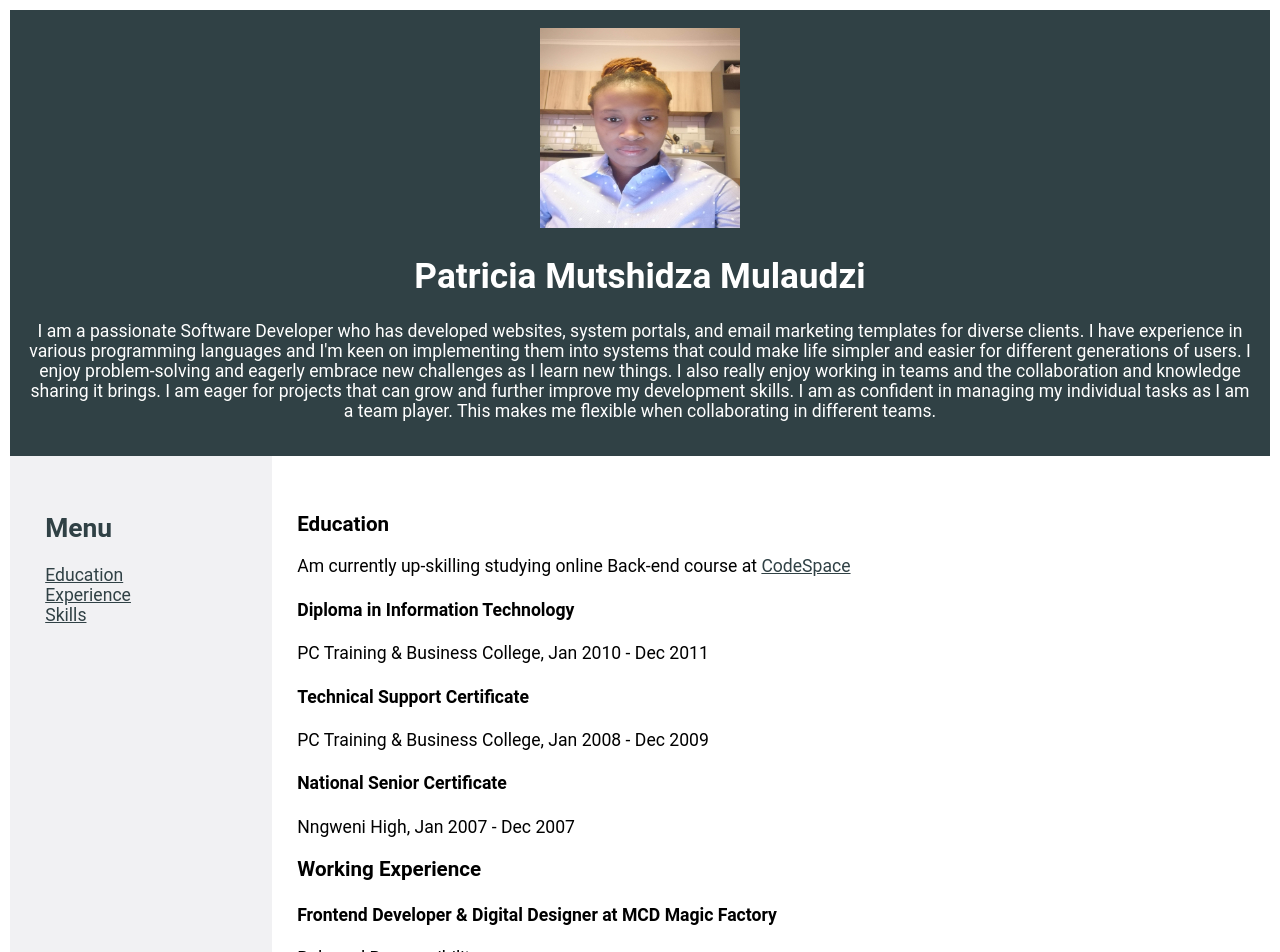
Repository: Patricious/Digital-Resume-01
Page: index.html
The author's editor kept a copy of each file at every save. The page is drawn from the files as they stood at one save, then again after a run of saves.
The browser window is 1280 px wide. The pictures show the part of the page from y = 0 to 952 px (the page is 2579 px tall before and 2205 px after).
A picture or video elsewhere on the page could not be fetched, so the positions and the page height are approximate.

Above is the page before, as saved 2021-08-23 10:49:14.

### index.html
<!DOCTYPE html>
<html>

<head>
    <title>Patricia Digital Resume</title>
    <link rel="stylesheet" type="text/css" href="css/stylesheet.css">
</head>

<body>

    <header>
        <img src="img/IMG_20200502_085519.jpg" alt="profile" width="200" height="200" />
        <h1>Patricia Mutshidza Mulaudzi</h1>
        <p>I am a passionate Software Developer who has developed websites, system portals, and email marketing templates for diverse clients. I have experience in various programming languages and I'm keen on implementing them into systems that could make
            life simpler and easier for different generations of users. I enjoy problem-solving and eagerly embrace new challenges as I learn new things. I also really enjoy working in teams and the collaboration and knowledge sharing it brings. I am
            eager for projects that can grow and further improve my development skills. I am as confident in managing my individual tasks as I am a team player. This makes me flexible when collaborating in different teams.</p>
    </header>
    <aside>
        <h2>Menu</h2>
        <ul class="nav">
            <li>
                <a href="#education">Education</a>
            </li>
            <li>
                <a href="#experience">Experience</a>
            </li>
            <li>
                <a href="#skills">Skills</a>
            </li>

        </ul>
    </aside>
    <section>
        <article>
            <h3 id="#education"> <span>Education</span>
            </h3>
            <p> Am currently up-skilling studying online Back-end course at
                <a href="https://www.codespace.co.za/courses/?matchtype=b&device=c&keyword=codespace&adgroupid=81088003381&utm_campaign=8148639553&utm_source=google&utm_medium=cpc&gclid=EAIaIQobChMIkP_7q8bG8gIV1uvtCh0w7A1-EAAYASAAEgL34vD_BwE"> CodeSpace</a>
            </p>

            <h4>Diploma in Information Technology </h4>

            <p>PC Training & Business College, Jan 2010 - Dec 2011</p>
            <h4>Technical Support Certificate </h4>


            <p>PC Training & Business College, Jan 2008 - Dec 2009</p>

            <h4>National Senior Certificate</h4>


            <p>Nngweni High, Jan 2007 - Dec 2007</p>


            <h3 id="#experience"> Working Experience</h3>
            <h4>Frontend Developer & Digital Designer at MCD Magic Factory
            </h4>
            <p>Role and Responsibility:</p>
            <ul>
                <li>Layout email marketing template,develop and sending</li>
                <li> Deploy web applications on FileZilla</li>
                <li>Design and develop web applications</li>
                <li>Reporting and sorting databases</li>
            </ul>
            <p>Projects:</p>
            <ul>
                <li>GreenWorxs (WordPress)</li>
                <li>Multi-flor and DRA Global (Umbraco CMS, HTML 5, JavaScript,Angular 7, Bootstrap and CSS 3)</li>
                <li>Verifone (Drupal CMS)</li>
                <li>Sokonetech and RA Print (HTML 5, JavaScript,Angular 4, Bootstrap and CSS 3)</li>
                <li>MFC Motorlink Portal (HTML 5, JavaScript,ReactJs, Bootstrap, CSS 3 and Firebase)</li>
            </ul>

            <h4>Junior Frontend Developer at Wizzit International
            </h4>
            <p>Role and Responsibility:</p>
            <ul>
                <li>Develop and maintain banking and internet banking portals/systems</li>
                <li>Project support, Deployment, Bug fixes and Manual Testing</li>

            </ul>
            <p>Projects:</p>
            <ul>
                <li>UBank and Bank of Botswana portals that cater for almost all queries that are handled at the banks; like opening new accounts, customer registrations for mobile and internet banking, managing users with different tasks on the system, security
                    queries like banking pins and user/customers passwords, managing credit limits, etc.(AngularJS, JavaScript, Angular Material, Bootstrap, NodeJS, and HTML/CSS)</li>
            </ul>

            <h4>Ruby on Rails - Intern at Sable Assets
            </h4>
            <p>Role and Responsibility:</p>
            <ul>
                <li>Systems Design Document, Add new features Upgrade and maintain s legacy system (Papyrus, Cucumber, Ruby on Rails, Git, JavaScript, CSS and HTML5)</li>

            </ul>
            <p>Projects:</p>
            <ul>
                <li>Department of Housing System</li>
            </ul>

            <h4>Tibco Intergration - Intern at Coralite
            </h4>
            <p>Role and Responsibility:</p>
            <ul>
                <li>Develop web services applications to deployment (TIBCO BusinessWorks 5 & 6, SoapUI, JSON and Java)
                </li>
                <li>Database design (PostgreSQL)</li>
                <li>Developing organisational models (TIBCO BPM, UML and JavaScript)</li>
            </ul>


            <h3 id="#skills">Skills And Interest</h3>
            <p>Skills</p>
            <ul>
                <li>AngularJS to Angular 11</li>
                <li>Html5, Css3 and Bootstrap</li>
                <li>ReactJs, JavaScript, TypeScript, NodeJS and Firebase</li>
                <li>Adobe Photoshop, Dreamweaver, XD and InDesign</li>
            </ul>
            <p>Interest </p>
            <ul>
                <li>Travelling and outdoor activities</li>
            </ul>
        </article>
    </section>
    <footer>
        <h2>Contact Details</h2>
        <a href="https://www.linkedin.com/in/patricia-mulaudzi-93b526101/"><img src="In.jpeg" alt="LinkedIN"></a>
        <a href=""><img src="fb.png" alt="Facebook"></a>
        <a href="mailto:mulaudzi689@gmail.com"><img src="Gm.png" alt="Gmail"></a>
    </footer>
</body>

</html>

### css/stylesheet.css
body {
    font-family: 'Roboto', sans-serif;
    font-size: 110%;
    background-color: #ffffff;
    margin: 10px;
}

header {
    text-align: center;
    background-color: #304145;
    color: #ffffff;
    padding: 1em;
}

aside {
    background-color: #F1F1F3;
    color: #304145;
    width: 15%;
    padding: 2em;
    height: 100%;
    float: left;
    position: absolute;
    flex: 0 0 auto;
}

.nav {
    list-style-type: none;
    margin: 0;
    padding: 0;
}

a {
    color: #304145;
}

section {
    float: right;
    margin-left: 20%;
    background-color: #ffffff;
    flex: 1 1 auto;
    padding: 2em;
}

footer {
    background-color: #304145;
    text-align: center;
    color: #ffffff;
    padding: 1em;
}

After the next 2 saves:
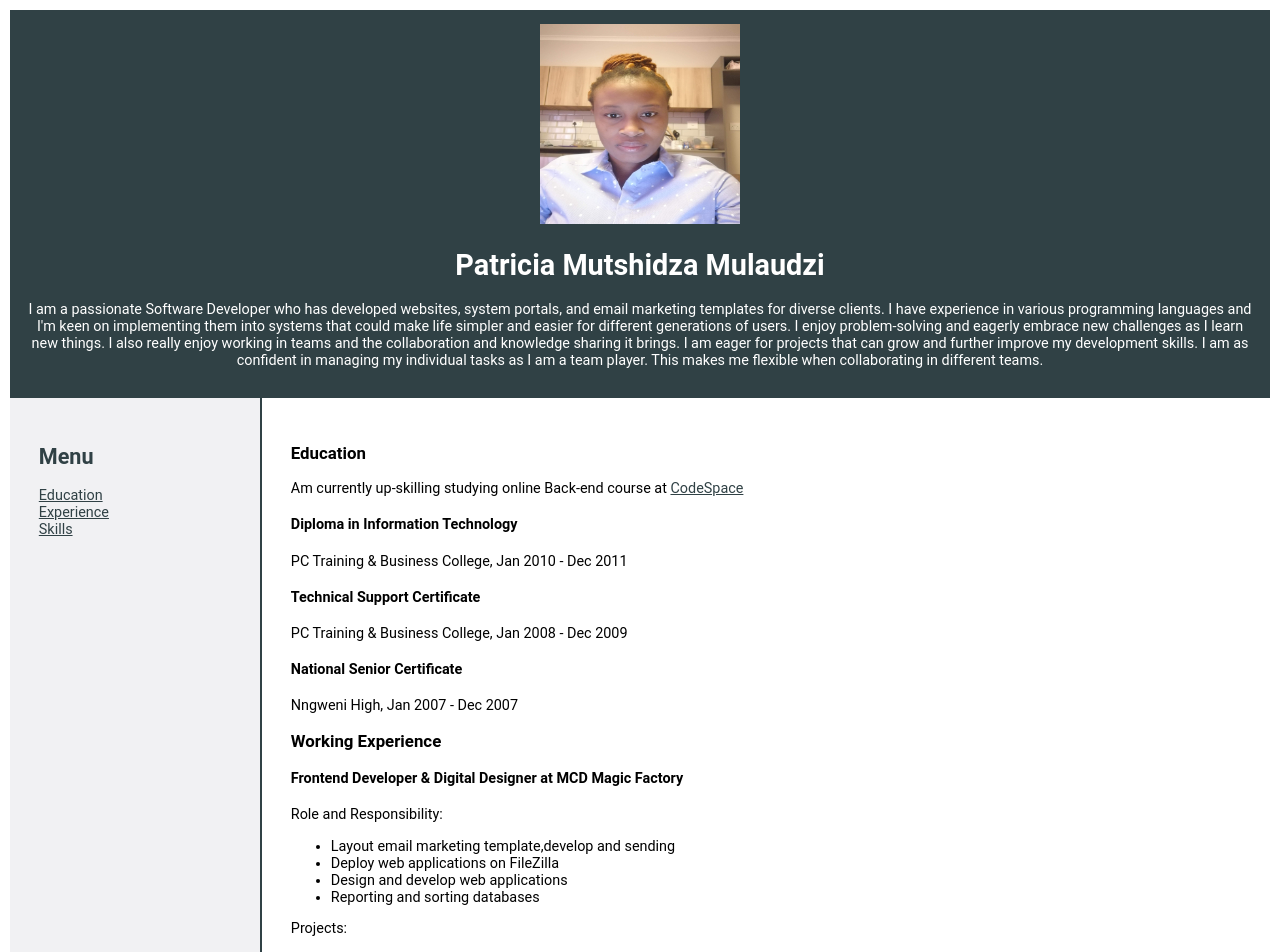
The 2 saves are shown as one change because they came seconds apart.
The last was saved 2 min 43 s later.
--- a/css/stylesheet.css
+++ b/css/stylesheet.css
@@ -1,6 +1,6 @@
 body {
     font-family: 'Roboto', sans-serif;
-    font-size: 110%;
+    font-size: 90%;
     background-color: #ffffff;
     margin: 10px;
 }
